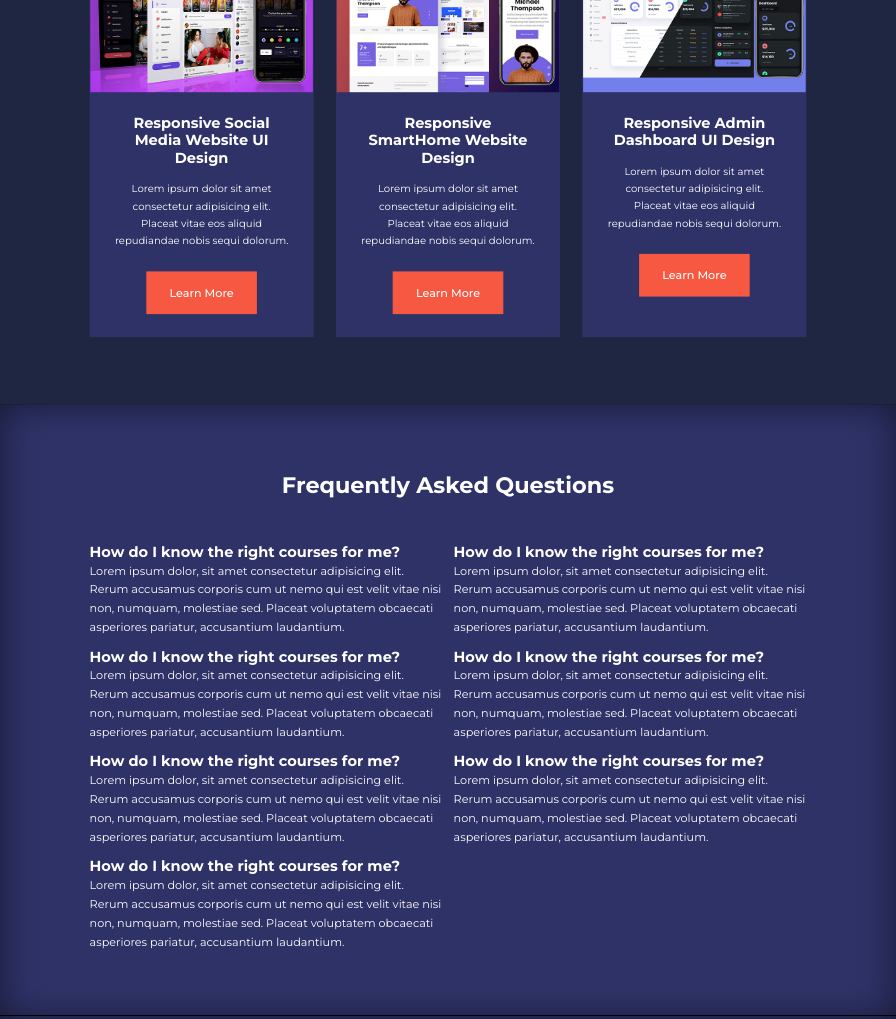
Repository: QUANGTHAI2003/education-web
Page: index.html
The author's editor kept a copy of each file at every save. The page is drawn from the files as they stood at one save, then again after the next save.
The browser window is 1280 px wide. The pictures show the part of the page from y = 1454 to 3374 px (the page is 2910 px tall before and 3374 px after), at 70% of full size.
Some icons come from a web library that is not loaded, so they are not drawn.

Above is the page before, as saved 2022-03-11 14:56:57.

### index.html
<!DOCTYPE html>
<html lang="en">
    <head>
        <meta charset="UTF-8" />
        <meta http-equiv="X-UA-Compatible" content="IE=edge" />
        <meta name="viewport" content="width=device-width, initial-scale=1.0" />
        <title>Responsive Multipage Education</title>
        <!-- ICONSCOUT CDN -->
        <link
            rel="stylesheet"
            href="https://unicons.iconscout.com/release/v2.1.6/css/unicons.css"
        />
        <!-- GOOGLE FONTS -->
        <link rel="preconnect" href="https://fonts.googleapis.com" />
        <link rel="preconnect" href="https://fonts.gstatic.com" crossorigin />
        <link
            href="https://fonts.googleapis.com/css2?family=Montserrat:wght@300;400;500;600;700;800;900&family=Poppins:wght@300;400;600&display=swap"
            rel="stylesheet"
        />

        <link rel="stylesheet" href="./css/style.css" />
    </head>
    <body>
        <nav>
            <div class="container nav__container">
                <a href="index.html">
                    <h4>EGATOR</h4>
                </a>
                <ul class="nav__menu">
                    <li><a href="index.html">Home</a></li>
                    <li><a href="about.html">About</a></li>
                    <li><a href="courses.html">Courses</a></li>
                    <li><a href="contact.html">Contact</a></li>
                </ul>
                <button id="open-menu-btn">
                    <i class="uil uil-bars"></i>
                </button>
                <button id="close-menu-btn">
                    <i class="uil uil-multiply"></i>
                </button>
            </div>
        </nav>
        <!-- END OF NAVBAR -->
        <header>
            <div class="container header__container">
                <div class="header__left">
                    <h1>Grow your skills to advance your career</h1>
                    <p>
                        Lorem ipsum dolor sit, amet consectetur adipisicing elit. Est, atque
                        debitis. Illum quaerat ex suscipit, sapiente nobis sit sunt doloribus
                        possimus cumque non libero voluptas aspernatur voluptate voluptates ipsam
                        eum!
                    </p>
                    <a href="courses.html" class="btn btn-primary">Get Started</a>
                </div>
                <div class="header__right">
                    <div class="header__right-image">
                        <img src="./images/header.svg" />
                    </div>
                </div>
            </div>
        </header>
        <!-- END OF HEADER -->
        <section class="categories">
            <div class="container categories__container">
                <div class="categories__left">
                    <h1>Categories</h1>
                    <p>
                        Lorem ipsum dolor sit amet consectetur adipisicing elit. Aliquid expedita
                        voluptatem odio, voluptate esse ab suscipit possimus tempora adipisci harum
                        reprehenderit sunt? Adipisci placeat, repudiandae a consectetur voluptatem
                        itaque? Assumenda!
                    </p>
                    <a href="#" class="btn">Learn More</a>
                </div>
                <div class="categories__right">
                    <article class="category">
                        <span class="category__icon">
                            <i class="uil uil-bitcoin-circle"></i>
                        </span>
                        <h5>Blockchain</h5>
                        <p>
                            Lorem ipsum dolor sit amet, consectetur adipisicing elit. Molestiae,
                            nemo!
                        </p>
                    </article>
                    <article class="category">
                        <span class="category__icon">
                            <i class="uil uil-palette"></i>
                        </span>
                        <h5>Graphic Design</h5>
                        <p>
                            Lorem ipsum dolor sit amet, consectetur adipisicing elit. Molestiae,
                            nemo!
                        </p>
                    </article>
                    <article class="category">
                        <span class="category__icon">
                            <i class="uil uil-usd-circle"></i>
                        </span>
                        <h5>Finance</h5>
                        <p>
                            Lorem ipsum dolor sit amet, consectetur adipisicing elit. Molestiae,
                            nemo!
                        </p>
                    </article>
                    <article class="category">
                        <span class="category__icon">
                            <i class="uil uil-megaphone"></i>
                        </span>
                        <h5>Marketing</h5>
                        <p>
                            Lorem ipsum dolor sit amet, consectetur adipisicing elit. Molestiae,
                            nemo!
                        </p>
                    </article>
                    <article class="category">
                        <span class="category__icon">
                            <i class="uil uil-music"></i>
                        </span>
                        <h5>Music</h5>
                        <p>
                            Lorem ipsum dolor sit amet, consectetur adipisicing elit. Molestiae,
                            nemo!
                        </p>
                    </article>
                    <article class="category">
                        <span class="category__icon">
                            <i class="uil uil-puzzle-piece"></i>
                        </span>
                        <h5>Business</h5>
                        <p>
                            Lorem ipsum dolor sit amet, consectetur adipisicing elit. Molestiae,
                            nemo!
                        </p>
                    </article>
                </div>
            </div>
        </section>
        <!-- END OF CATEGORIES -->
        <section class="courses">
            <h2>Our Polular Courses</h2>
            <div class="container courses__container">
                <article class="course">
                    <div class="course__image">
                        <img src="./images/course1.jpg" />
                    </div>
                    <div class="course__info">
                        <h4>Responsive Social Media Website UI Design</h4>
                        <p>
                            Lorem ipsum dolor sit amet consectetur adipisicing elit. Placeat vitae
                            eos aliquid repudiandae nobis sequi dolorum.
                        </p>
                        <a href="courses.html" class="btn btn-primary">Learn More</a>
                    </div>
                </article>
                <article class="course">
                    <div class="course__image">
                        <img src="./images/course2.jpg" />
                    </div>
                    <div class="course__info">
                        <h4>Responsive SmartHome Website Design</h4>
                        <p>
                            Lorem ipsum dolor sit amet consectetur adipisicing elit. Placeat vitae
                            eos aliquid repudiandae nobis sequi dolorum.
                        </p>
                        <a href="courses.html" class="btn btn-primary">Learn More</a>
                    </div>
                </article>
                <article class="course">
                    <div class="course__image">
                        <img src="./images/course3.jpg" />
                    </div>
                    <div class="course__info">
                        <h4>Responsive Admin Dashboard UI Design</h4>
                        <p>
                            Lorem ipsum dolor sit amet consectetur adipisicing elit. Placeat vitae
                            eos aliquid repudiandae nobis sequi dolorum.
                        </p>
                        <a href="courses.html" class="btn btn-primary">Learn More</a>
                    </div>
                </article>
            </div>
        </section>
        <!-- END OF COURSES -->
        <section class="faqs">
            <h2>Frequently Asked Questions</h2>
            <div class="container faqs-container">
                <article class="faq">
                    <div class="faq__icon"><i class="uil uil-plus"></i></div>
                    <div class="question__answer">
                        <h4>How do I know the right courses for me?</h4>
                        <p>
                            Lorem ipsum dolor, sit amet consectetur adipisicing elit. Rerum
                            accusamus corporis cum ut nemo qui est velit vitae nisi non, numquam,
                            molestiae sed. Placeat voluptatem obcaecati asperiores pariatur,
                            accusantium laudantium.
                        </p>
                    </div>
                </article>
                <article class="faq">
                    <div class="faq__icon"><i class="uil uil-plus"></i></div>
                    <div class="question__answer">
                        <h4>How do I know the right courses for me?</h4>
                        <p>
                            Lorem ipsum dolor, sit amet consectetur adipisicing elit. Rerum
                            accusamus corporis cum ut nemo qui est velit vitae nisi non, numquam,
                            molestiae sed. Placeat voluptatem obcaecati asperiores pariatur,
                            accusantium laudantium.
                        </p>
                    </div>
                </article>
                <article class="faq">
                    <div class="faq__icon"><i class="uil uil-plus"></i></div>
                    <div class="question__answer">
                        <h4>How do I know the right courses for me?</h4>
                        <p>
                            Lorem ipsum dolor, sit amet consectetur adipisicing elit. Rerum
                            accusamus corporis cum ut nemo qui est velit vitae nisi non, numquam,
                            molestiae sed. Placeat voluptatem obcaecati asperiores pariatur,
                            accusantium laudantium.
                        </p>
                    </div>
                </article>
                <article class="faq">
                    <div class="faq__icon"><i class="uil uil-plus"></i></div>
                    <div class="question__answer">
                        <h4>How do I know the right courses for me?</h4>
                        <p>
                            Lorem ipsum dolor, sit amet consectetur adipisicing elit. Rerum
                            accusamus corporis cum ut nemo qui est velit vitae nisi non, numquam,
                            molestiae sed. Placeat voluptatem obcaecati asperiores pariatur,
                            accusantium laudantium.
                        </p>
                    </div>
                </article>
                <article class="faq">
                    <div class="faq__icon"><i class="uil uil-plus"></i></div>
                    <div class="question__answer">
                        <h4>How do I know the right courses for me?</h4>
                        <p>
                            Lorem ipsum dolor, sit amet consectetur adipisicing elit. Rerum
                            accusamus corporis cum ut nemo qui est velit vitae nisi non, numquam,
                            molestiae sed. Placeat voluptatem obcaecati asperiores pariatur,
                            accusantium laudantium.
                        </p>
                    </div>
                </article>
                <article class="faq">
                    <div class="faq__icon"><i class="uil uil-plus"></i></div>
                    <div class="question__answer">
                        <h4>How do I know the right courses for me?</h4>
                        <p>
                            Lorem ipsum dolor, sit amet consectetur adipisicing elit. Rerum
                            accusamus corporis cum ut nemo qui est velit vitae nisi non, numquam,
                            molestiae sed. Placeat voluptatem obcaecati asperiores pariatur,
                            accusantium laudantium.
                        </p>
                    </div>
                </article>
                <article class="faq">
                    <div class="faq__icon"><i class="uil uil-plus"></i></div>
                    <div class="question__answer">
                        <h4>How do I know the right courses for me?</h4>
                        <p>
                            Lorem ipsum dolor, sit amet consectetur adipisicing elit. Rerum
                            accusamus corporis cum ut nemo qui est velit vitae nisi non, numquam,
                            molestiae sed. Placeat voluptatem obcaecati asperiores pariatur,
                            accusantium laudantium.
                        </p>
                    </div>
                </article>
                <!-- END OF FAQs -->
            </div>
        </section>
        <script src="./app.js"></script>
    </body>
</html>

### css/style.css
* {
    margin: 0;
    padding: 0;
    border: 0;
    outline: 0;
    text-decoration: none;
    list-style: none;
    box-sizing: border-box;
}

:root {
    --color-primary: #6c63ff;
    --color-success: #00bf8e;
    --color-warning: #f7c94b;
    --color-danger: #f75842;
    --color-danger-variant: rgba(247, 88, 66, 0.4);
    --color-white: #fff;
    --color-light: rgba(255, 255, 255, 0.7);
    --color-black: #000;
    --color-bg: #1f2641;
    --color-bg1: #2e3267;
    --color-bg2: #424890;

    --container-width-lg: 80%;
    --container-width-md: 90%;
    --container-width-sm: 94%;

    --transition: all 400ms ease;
}

body {
    font-family: 'Montserrat', sans-serif;
    line-height: 1.7;
    color: var(--color-white);
    background: var(--color-bg);
}

.container {
    width: var(--container-width-lg);
    margin: 0 auto;
}

section {
    padding: 6rem 0;
}

section h2 {
    text-align: center;
    margin-bottom: 4rem;
}

h1,
h2,
h3,
h4,
h5 {
    line-height: 1.2;
}

h1 {
    font-size: 2.4rem;
}

h2 {
    font-size: 2rem;
}

h3 {
    font-size: 1.3rem;
}

h4 {
    font-size: 1.3rem;
}

a {
    color: var(--color-white);
}

img {
    width: 100%;
    display: block;
    object-fit: cover;
}

.btn {
    display: inline-block;
    background: var(--color-white);
    color: var(--color-black);
    padding: 1rem 2rem;
    border: 1px solid transparent;
    font-weight: 500;
    transition: var(--transition);
}

.btn:hover {
    background: transparent;
    color: var(--color-white);
    border-color: var(--color-white);
}

.btn-primary {
    background: var(--color-danger);
    color: var(--color-white);
}

/* ================= NAVBAR =================*/
nav {
    background: transparent;
    width: 100vw;
    height: 5rem;
    position: fixed;
    top: 0;
    z-index: 11;
}

/* change navbar styles on scroll using js*/
.window-scroll {
    background: var(--color-primary);
    box-shadow: 0 1rem 2rem rgba(0, 0, 0, 0.2);
}

.nav__container {
    height: 100%;
    display: flex;
    justify-content: space-between;
    align-items: center;
}

nav button {
    display: none;
}

.nav__menu {
    display: flex;
    align-items: center;
    gap: 4rem;
}

.nav__menu a {
    font-size: 0.9rem;
    transition: var(--transition);
}

.nav__menu a:hover {
    color: var(--color-bg2);
}

/* ================= HEADER =================*/
header {
    position: relative;
    top: 5rem;
    overflow: hidden;
    height: 70vh;
    margin-bottom: 5rem;
}

.header__container {
    display: grid;
    grid-template-columns: repeat(2, 1fr);
    align-items: center;
    gap: 5rem;
    height: 100%;
}

.header__left p {
    margin: 1rem 0 2.4rem;
}

/* ================= CATEGORIES =================*/
.categories {
    background: var(--color-bg1);
    height: 29rem;
}

.categories h1 {
    line-height: 1;
}

.categories__container {
    display: grid;
    grid-template-columns: 40% 60%;
}

.categories__left {
    margin-right: 4rem;
}

.categories__left p {
    margin: 1rem 0 3rem;
}

.categories__right {
    display: grid;
    grid-template-columns: repeat(3, 1fr);
    gap: 1.2rem;
}

.category {
    background: var(--color-bg2);
    padding: 2rem;
    border-radius: 2rem;
    transition: var(--transition);
}

.category:hover {
    box-shadow: 0 3rem 3rem rgba(0, 0, 0, 0.3);
    z-index: 1;
}

.category:nth-child(2) .category__icon {
    background: var(--color-danger);
}

.category:nth-child(3) .category__icon {
    background: var(--color-success);
}

.category:nth-child(4) .category__icon {
    background: var(--color-warning);
}

.category:nth-child(5) .category__icon {
    background: var(--color-success);
}

.category__icon {
    background: var(--color-primary);
    padding: 0.7rem;
    border-radius: 0.9rem;
}

.category h5 {
    margin: 2rem 0 1rem;
}

.category p {
    font-size: 0.85rem;
}

/* ================= POLULAR COURSES =================*/

.courses {
    margin-top: 10rem;
}

.courses__container {
    display: grid;
    grid-template-columns: repeat(3, 1fr);
    gap: 2rem;
}

.course {
    background: var(--color-bg1);
    text-align: center;
    border: 1px solid transparent;
    transition: var(--transition);
}

.course:hover {
    background: transparent;
    border-color: var(--color-primary);
}

.course__info {
    padding: 2rem;
}

.course__info p {
    margin: 1.2rem 0 2rem;
    font-size: 0.9rem;
}

/* ================= FAQs =================*/
.faqs {
    background: var(--color-bg1);
    box-shadow: inset 0 0 3rem rgba(0, 0, 0, 0.5);
}

.faqs-container {
    display: grid;
    grid-template-columns: repeat(2, 1fr);
    gap: 1rem;
}

### app.js
// changen navbar styles on scroll
window.addEventListener('scroll', () => {
    document.querySelector('nav').classList.toggle
        ('window-scroll', window.scrollY > 0);
})

After the next save:
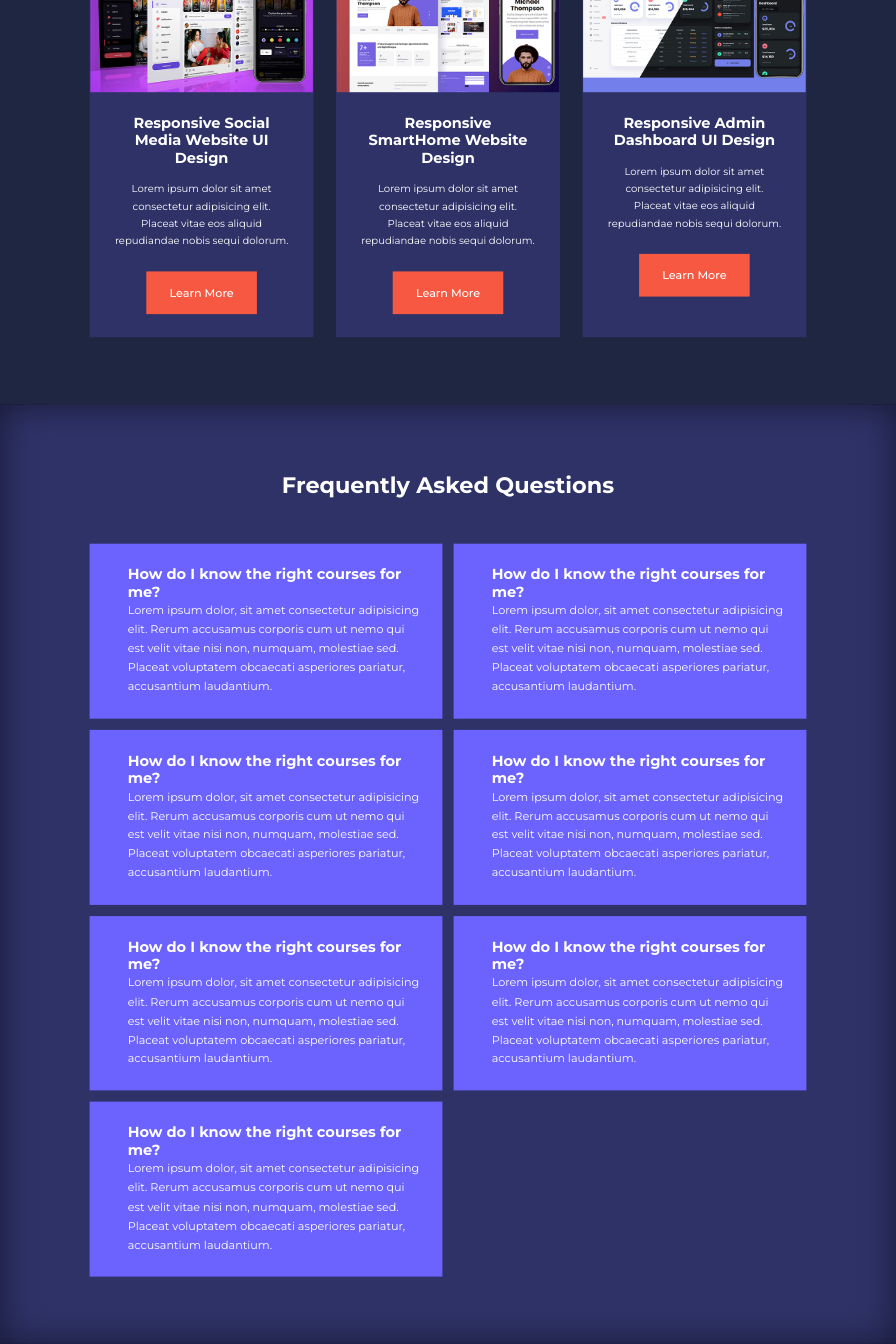
Saved 62 s later.
--- a/css/style.css
+++ b/css/style.css
@@ -282,3 +282,12 @@ header {
     grid-template-columns: repeat(2, 1fr);
     gap: 1rem;
 }
+
+.faq {
+    padding: 2rem;
+    display: flex;
+    align-items: center;
+    gap: 1.4rem;
+    height: fit-content;
+    background: var(--color-primary);
+}
